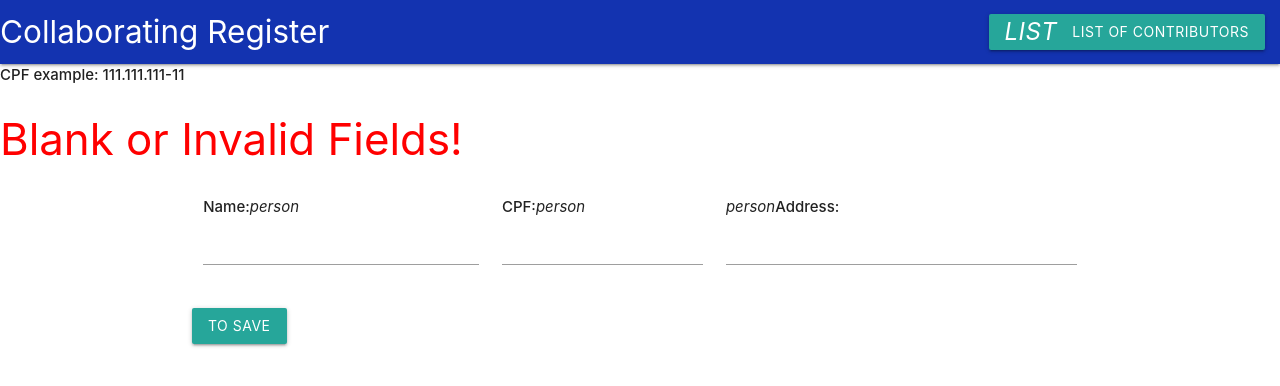
Repository: matheusf98/Api-REST_Brasilprev
Page: http://localhost/collaborator/formCollaboratorError
An editor plug-in stored every save of this project. The page is shown before and after the next save, followed by the edit.
The browser window is 1280 px wide. The pictures show the whole page.
The page is this project's Thymeleaf template; nobody is signed in. The template is opened directly, without the code that normally fills it, so the values that code supplies are empty.

Above is the page before, as saved 2020-09-15 03:01:27.

After the next save:
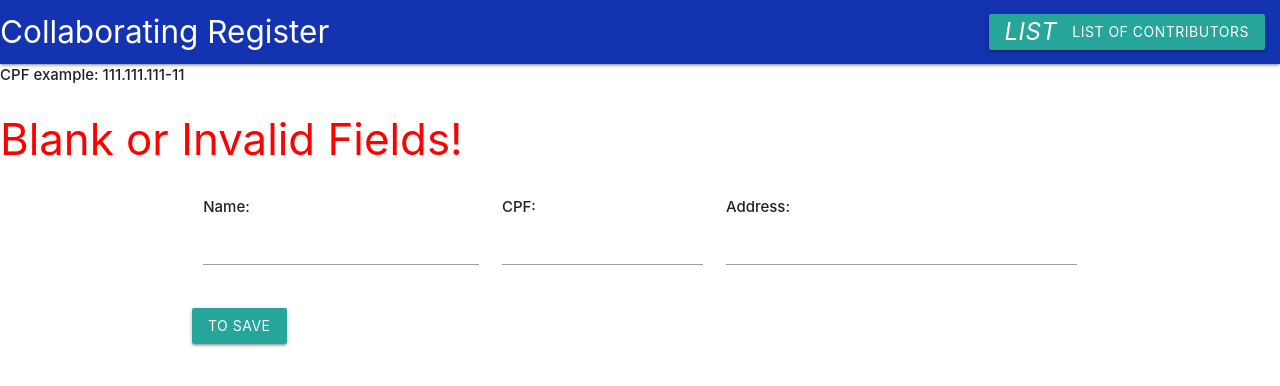
Saved 19 s later.
--- a/collaborator/src/main/resources/templates/collaborator/formCollaboratorError.html
+++ b/collaborator/src/main/resources/templates/collaborator/formCollaboratorError.html
@@ -27,13 +27,13 @@
 	<form class="container" action="" method="post">
 	<div class="row">
 		<div class="input-field col s4">
-			<strong>Name:</strong><i class="material-icons center">person</i><input type="text" value="" name="name"/>
+			<strong>Name:</strong><input type="text" value="" name="name"/>
 		</div>
 		<div class="input-field col s3">
-			<strong>CPF:</strong><i class="material-icons center">person</i><input type="text" value="" name="cpf"/>
+			<strong>CPF:</strong><input type="text" value="" name="cpf"/>
 		</div>
 		<div class="input-field col s5">
-			<i class="material-icons center">person</i><strong>Address:</strong><input type="text" value="" name="address"/>
+			<strong>Address:</strong><i></i><input type="text" value="" name="address"/>
 		</div>
 	</div>
 		<button class="waves-effect waves-light btn" type="submit">To save</button>
